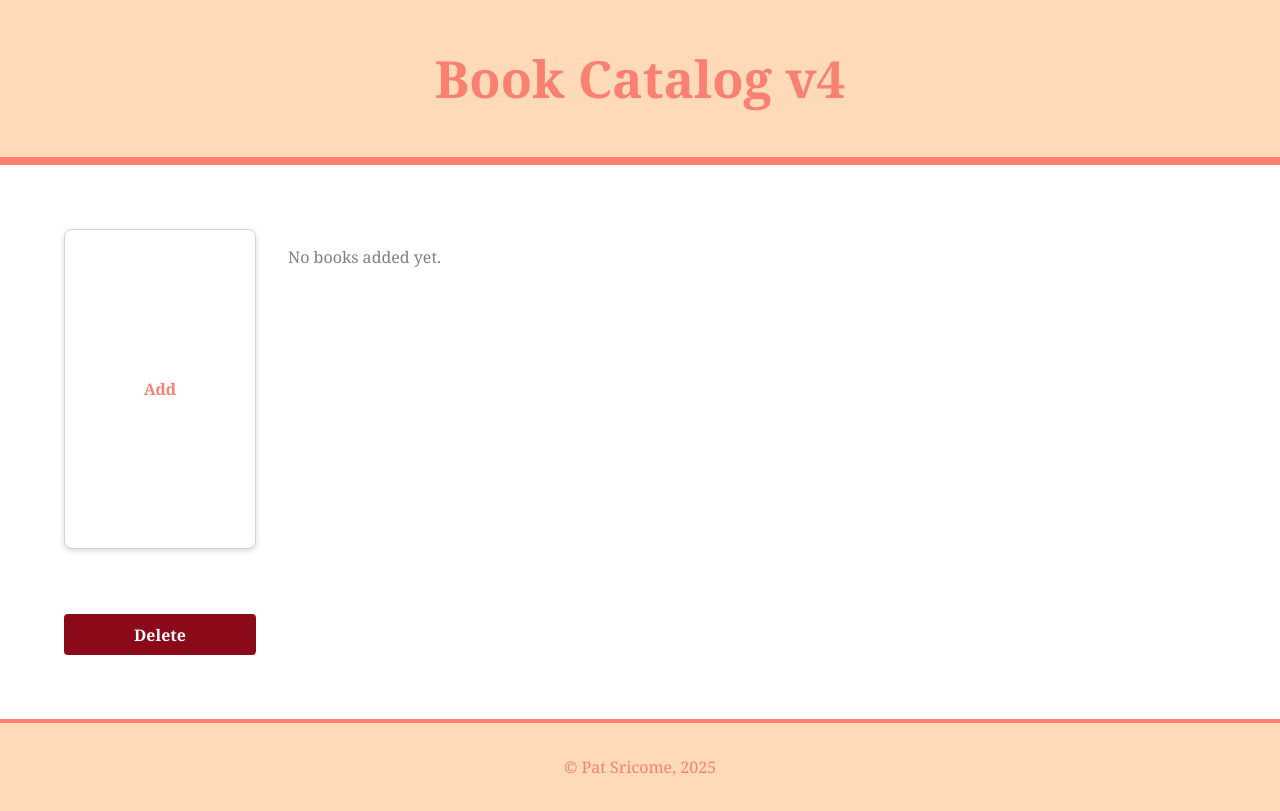
Repository: patcha-d3/book-catalog-v5
Page: /
The author's editor kept a copy of each file at every save. The page is drawn from the files as they stood at one save, then again after the next save.
The browser window is 1280 px wide. The pictures show the whole page.
The project was rebuilt for these pictures with package versions that can differ from the ones it lists, and the page was loaded fresh each time. Also part of the build but not shown: vite.config.js, src/book.jsx.

Above is the page before, as saved 2025-10-14 20:39:29.

After the next save:
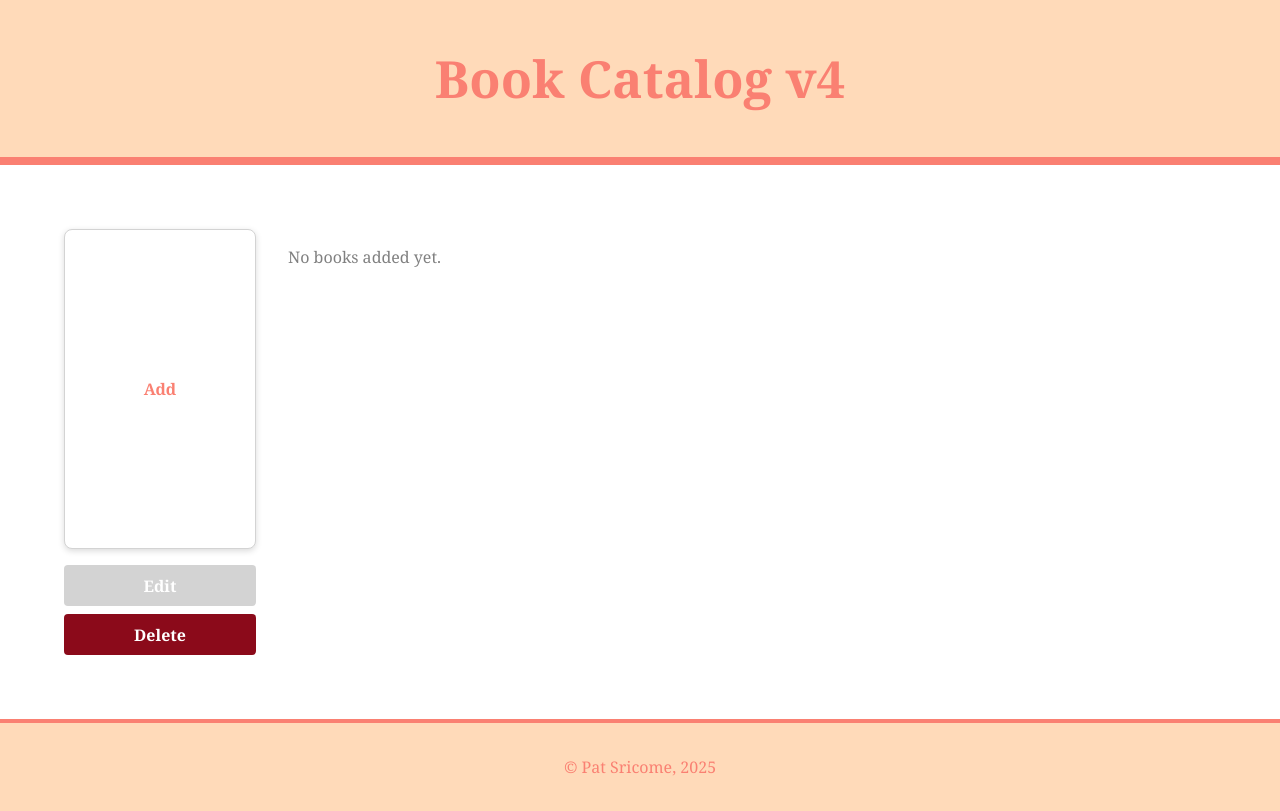
Saved 11 s later.
--- a/src/App.css
+++ b/src/App.css
@@ -287,7 +287,7 @@ dialog form {
 }
 
 .button-update {
-  background-color: white;
+  background-color: #d3d3d3;
 }
 
 .button-delete {
